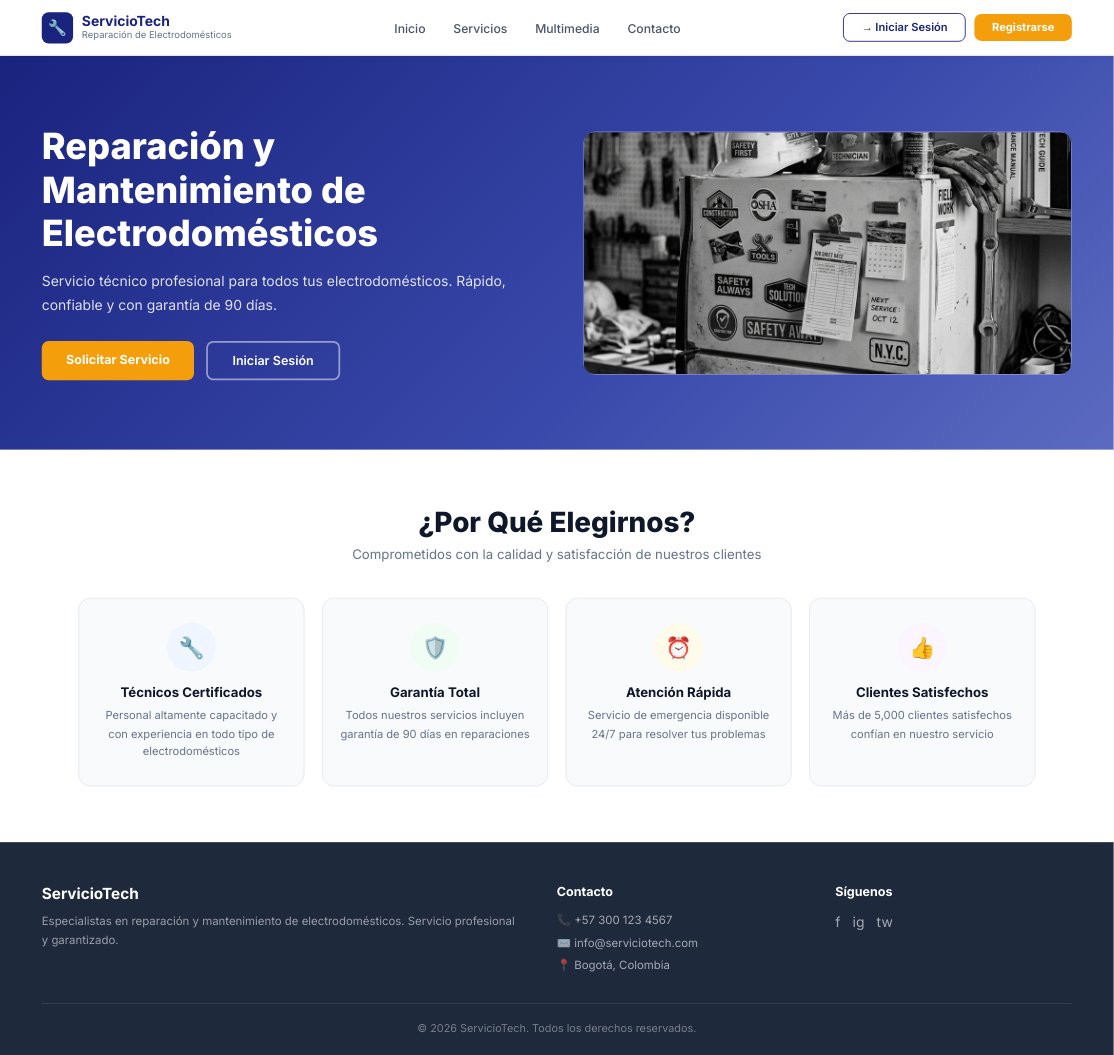
Repository: josuecadena337-hue/serviciotech-larevel-
Page: http://localhost/
These files come from the project's save history. The page is drawn as it stood at one moment and after the next save; the edit follows.
The browser window is 1280 px wide. The pictures show the whole page, at 87% of full size.
The page is served by the project's Laravel application, run on PHP 8.4 with Laravel 12.

Above is the page before, as saved 2026-08-20 11:24:30.

After the next save:
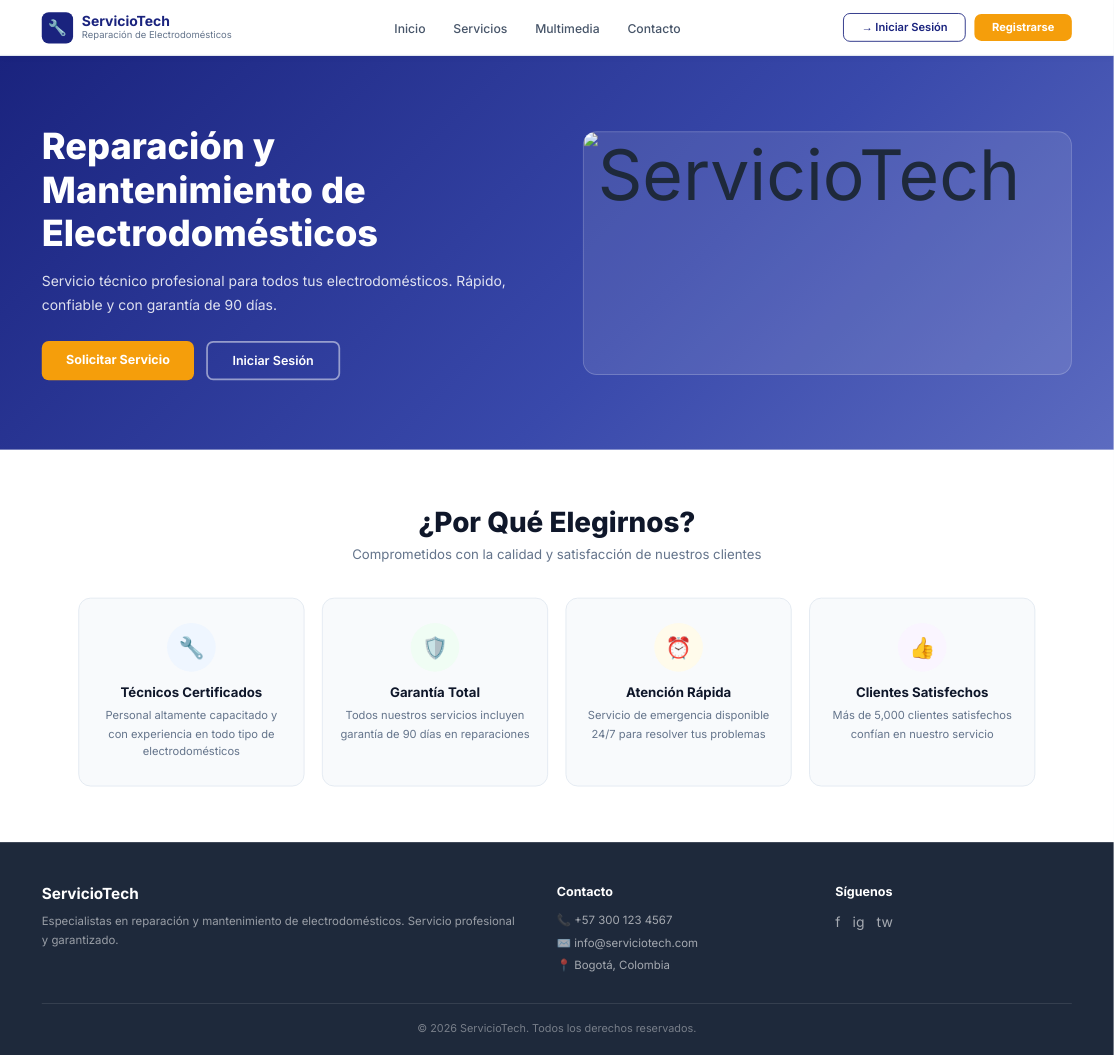
Saved 28 s later.
--- a/resources/views/welcome.blade.php
+++ b/resources/views/welcome.blade.php
@@ -92,7 +92,7 @@
         </div>
     </div>
     <div class="hero-image">
-    <img src="{{ asset('images/hero.jpg') }}" alt="ServicioTech" style="width:100%; height:100%; object-fit:cover; border-radius:12px;">
+    <img src="{{ asset('image/hero.jpg') }}" alt="ServicioTech" style="width:100%; height:100%; object-fit:cover; border-radius:12px;">
     </div>
 </section>
 

After the 5 saves that followed:
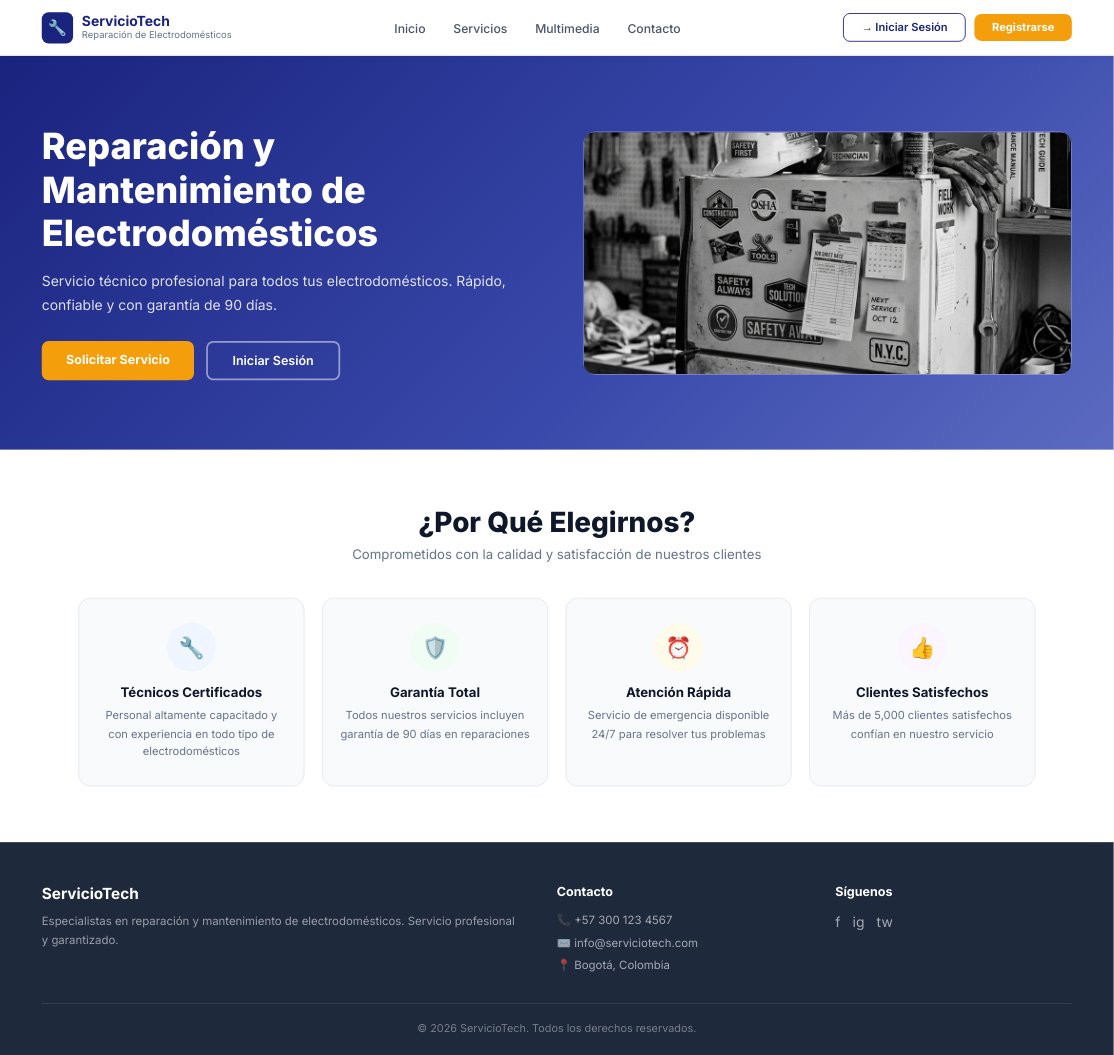
The 5 saves are shown as one change because 3 left the picture as it was and some came seconds apart.
The last was saved 66 s later.
--- a/resources/views/welcome.blade.php
+++ b/resources/views/welcome.blade.php
@@ -92,7 +92,7 @@
         </div>
     </div>
     <div class="hero-image">
-    <img src="{{ asset('image/hero.jpg') }}" alt="ServicioTech" style="width:100%; height:100%; object-fit:cover; border-radius:12px;">
+    <img src="{{ asset('images/hero.jpg') }}" alt="ServicioTech" style="width:100%; height:100%; object-fit:cover; border-radius:12px;">
     </div>
 </section>
 
